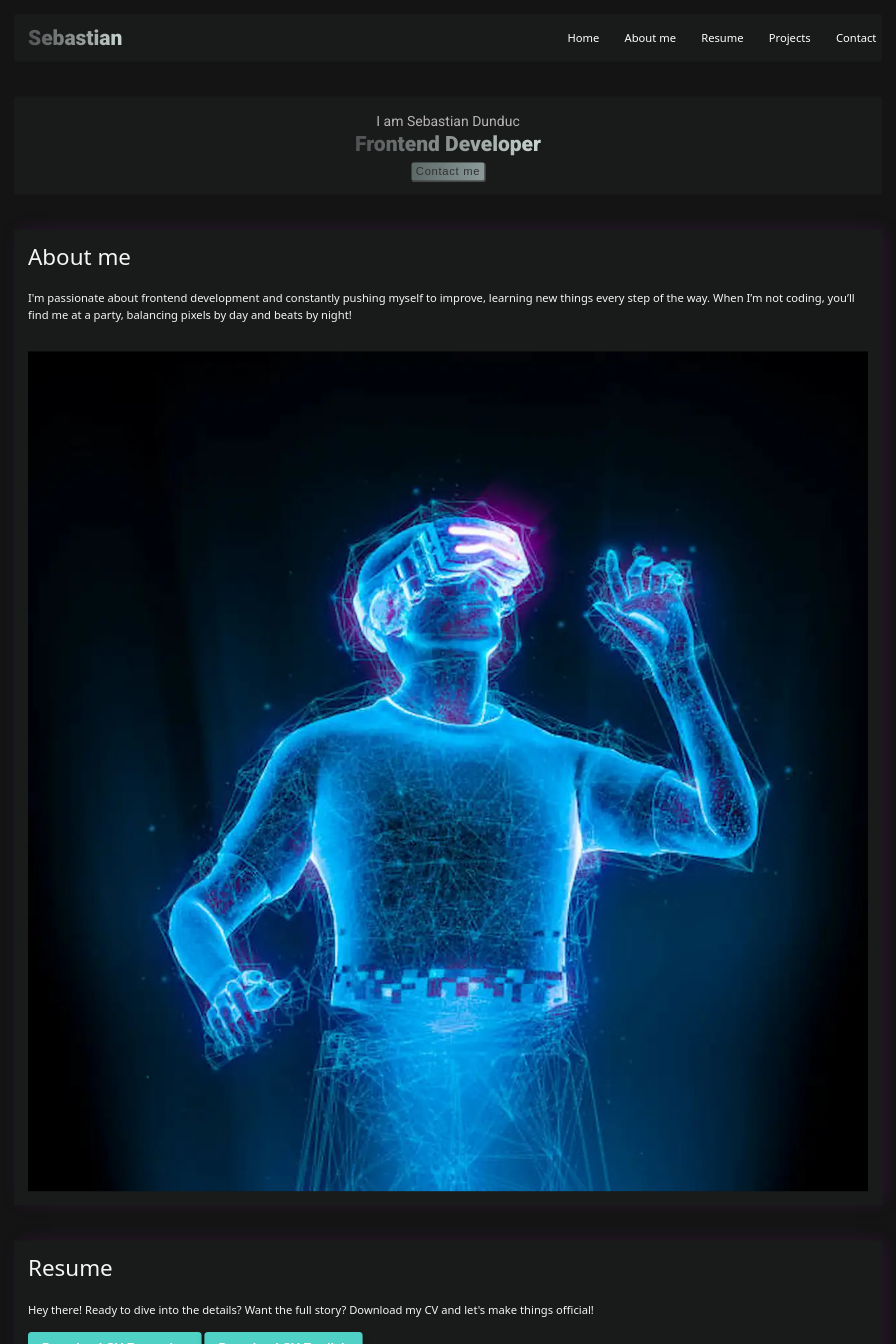
Repository: Sebastiand22/portfolio
Page: index.html
These files come from the project's save history. The page is drawn as it stood at one moment and after the next save; the edit follows.
The browser window is 1280 px wide. The pictures show the part of the page from y = 0 to 1920 px (the page is 3888 px tall), at 70% of full size.

Above is the page before, as saved 2024-09-14 16:16:41.

### index.html
<!DOCTYPE html>
<html lang="en">
  <head>
    <meta charset="UTF-8" />
    <meta name="viewport" content="width=device-width, initial-scale=1.0" />
    <title>Portfolio</title>
    <link rel="preconnect" href="https://fonts.googleapis.com" />
    <link rel="preconnect" href="https://fonts.gstatic.com" crossorigin />
    <link rel="preconnect" href="https://fonts.googleapis.com" />
    <link rel="preconnect" href="https://fonts.gstatic.com" crossorigin />
    <link
      href="https://fonts.googleapis.com/css?family=Roboto:300,400,400i,500,500i,700,900&amp;display=swap"
      rel="stylesheet"
    />
    <link rel="stylesheet" href="index.css" />
    <link
      href="https://cdn.jsdelivr.net/npm/bootstrap@5.3.0-alpha1/dist/css/bootstrap.min.css"
      rel="stylesheet"
    />
    <link rel="stylesheet" href="index.css" />
  </head>
  <body>
    <section class="big-container">
      <div class="nav-bar navbar navbar-expand-lg">
        <h2 class="name">Sebastian</h2>

        <!-- Toggle button -->
        <button
          class="navbar-toggler"
          type="button"
          data-bs-toggle="collapse"
          data-bs-target="#navbarContent"
          aria-controls="navbarContent"
          aria-expanded="false"
          aria-label="Toggle navigation"
        >
          <span class="navbar-toggler-icon"></span>
        </button>

        <!-- Navbar content -->
        <nav class="collapse navbar-collapse" id="navbarContent">
          <ul class="navbar-list navbar-nav ms-auto">
            <li class="nav-item"><a href="#home" class="nav-link">Home</a></li>
            <li class="nav-item">
              <a href="#services" class="nav-link">About me</a>
            </li>
            <li class="nav-item">
              <a href="#resume" class="nav-link">Resume</a>
            </li>
            <li class="nav-item">
              <a href="#project" class="nav-link">Projects</a>
            </li>
            <li class="nav-item">
              <a href="#contact" class="nav-link">Contact</a>
            </li>
          </ul>
        </nav>
      </div>
      <!-- HEADER SECTION -->
      <section class="header-container">
        <div class="header-section">
          <span class="header-name">I am Sebastian Dunduc</span>
          <h2 class="job-position">Frontend Developer</h2>

          <div class="wrap">
            <button class="button">Contact me</button>
          </div>
        </div>
        <picture class="anime">
          <source
            media="(min-width:1280px)"
            srcset="images/me-laptop-1x.webp 1x, images/me-laptop-2x.webp 2x"
          />
          <source
            media="(min-width:768px)"
            srcset="images/me-tablet-1x.webp 1x, images/me-tablet-2x.webp 2x"
          />
          <source
            media="(min-width:320px)"
            srcset="images/me-mobile1x.webp 1x, images/me-mobilee-2x.webp 2x"
          />
          <img class="me-photo" src="images/" alt="bye" />
        </picture>
      </section>

      <section class="about-container">
        <div class="about-section">
          <h2>About me</h2>
          <span class="about-description"
            >I'm passionate about frontend development and constantly pushing
            myself to improve, learning new things every step of the way. When
            I’m not coding, you’ll find me at a party, balancing pixels by day
            and beats by night!</span
          >
          <picture class="pixel-picture">
            <source
              media="(min-width:1280px)"
              srcset="
                images/pixel1x-laptop.webp 1x,
                images/pixel2x-laptop.webp 2x
              "
            />
            <source
              media="(min-width:768px)"
              srcset="
                images/pixel1x-tablet.webp 1x,
                images/pixel2x-tablet.webp 2x
              "
            />
            <source
              media="(min-width:320px)"
              srcset="
                images/pixel1x-mobile.webp 1x,
                images/pixel2x-laptop.webp 2x
              "
            />
            <img class="pixel" src="images/pixel1x-tablet.webp" alt="bye" />
          </picture>
        </div>
      </section>
      <section class="resume-container">
        <div class="resume-section">
          <h2>Resume</h2>
          <span class="resume-description">
            Hey there! Ready to dive into the details? Want the full story?
            Download my CV and let's make things official!</span
          >

          <div class="button-link">
            <a
              href="./files/Sebastian Dunduc Resume Romana.pdf"
              download="CV-Romanian"
              class="download-button"
              >Download CV-Romanian</a
            >
            <a
              href="./files/Sebastian Dunduc-Resume English.pdf"
              download="CV-English"
              class="download-button"
              >Download CV-English</a
            >
          </div>

          <picture class="lock-picture">
            <source
              media="(min-width:1280px)"
              srcset="
                images/lock-laptop1x.webp 1x,
                images/lock-laptop2x.webp 2x
              "
            />
            <source
              media="(min-width:768px)"
              srcset="
                images/lock-tablet1x.webp 1x,
                images/lock-tablet2x.webp 2x
              "
            />
            <source
              media="(min-width:320px)"
              srcset="
                images/lock-mobile1x.webp 1x,
                images/lock-mobile2x.webp 2x
              "
            />
            <img class="pixel" src="images/lock-tablet1x.webp" alt="bye" />
          </picture>
        </div>
      </section>

      <section class="project-container">
        <div class="background-project">
          <div class="project-section">
            <h2>Projects</h2>
            <span class="project-description"
              >Check out my projects! Click the icons to see live demos on
              GitHub. Explore and enjoy!</span
            >
          </div>
        </div>
      </section>

      <section class="contact-container">
        <div class="contact-section">
          <h2>Contact</h2>

          <span class="contact-description">to be friends</span>
          <span class="contact-description">to be mates</span>
          <span class="contact-description">to be collaborators</span>
        </div>
      </section>
    </section>
    <script src="https://cdn.jsdelivr.net/npm/bootstrap@5.3.0-alpha1/dist/js/bootstrap.bundle.min.js"></script>
  </body>
</html>

### index.css
:root {
  --font-title: "Playfair Display SC", serif;
  --size-title: 30px;
  --font-text: "Roboto Serif", serif;
}

body {
  margin: 0;
  padding: 0;
  box-sizing: border-box;
}

li {
  list-style-type: none;
}

.big-container {
  display: flex;
  flex-direction: column;
  background-color: rgb(20, 20, 20);
  min-height: 100vh;
  padding: 20px;
  max-width: 100%;
  overflow: hidden;
  gap: 50px;
}

h2.name {
  font-family: "Roboto", sans-serif;
  font-style: normal;
  font-size: 30px;
  font-weight: 900;
  text-align: center;
  background: radial-gradient(
    circle farthest-side at left center,
    #4e4f51 0%,
    #c9d6d0 100%
  );
  -webkit-background-clip: text;
  -webkit-text-fill-color: transparent;
}
.name {
  margin-left: 20px;
  margin-top: 8px;
}

.navbar-toggler {
  border-radius: 3px;
  background-color:transparent;
  border: none;
}
.navbar-toggler-icon {
 background-color: ;
  width:25px;
  height: 25px;


}
.nav-bar {
  display: flex;
  width: 100%;
  overflow: hidden;
  background-color: #191a1a;
  border-radius: 4px;
}

.navbar-list li {
  display: inline;
  margin-left: 20px;
}

.nav-link {
  color: white;
}

/* HEADER SECTION  */
.header-container {
  background-color: #191a1a;
  height: auto;
  overflow: hidden;
  padding: 20px;
  border-radius: 4px;
}

.header-section {
  display: flex;
  flex-direction: column;
  align-items: center;
}
.header-name {
  font-family: "Roboto", sans-serif;
  font-size: 20px;
  color: rgb(184, 180, 180);
  text-align: center;
}

.job-position {
  font-family: "Roboto", sans-serif;
  font-style: normal;
  font-size: 30px;
  font-weight: 900;
  text-align: center;
  background: radial-gradient(
    circle farthest-side at left center,
    #4e4f51 0%,
    #c9d6d0 100%
  );
  -webkit-background-clip: text;
  -webkit-text-fill-color: transparent;
}

.anime {
  display: block;
  width: 100%;
  height: auto; /* Asigură păstrarea proporțiilor */
  max-width: 100%;

  /* Asigură că imaginea nu depășește lățimea containerului */
}
.anime img {
  margin-top: 20px;
  max-width: 100%;
  height: auto;
  display: none;

  /* Asigură păstrarea proporțiilor */
}

.wrap {
  height: auto;
  display: flex;
  align-items: center;
  justify-content: center;
}

.button {
  min-width: 50px;
  display: inline-flex;
  font-family: "Nunito", sans-serif;
  font-size: 1rem;
  align-items: center;
  justify-content: center;
  text-align: center;
  letter-spacing: 1px;
  font-weight: 400;
  color: #313133;
  background: linear-gradient(
    90deg,
    rgb(92, 105, 103) 0%,
    rgb(139, 154, 153) 100%
  );
  border: none;
  border-radius: 3px;
  box-shadow: 1px 1px 1px 1px rgba(225, 221, 226, 0.26);
  cursor: pointer;
  outline: none;
  position: relative;
  transition: all 0.3s ease-in-out;
}
.button:hover {
  background: linear-gradient(
    90deg,
    rgb(227, 247, 245) 0%,
    rgb(17, 18, 18) 100%
  );
  color: #000; /* Text negru */
  box-shadow: 12px 12px 24px rgba(1, 1, 1, 0.84);
  transform: scale(1.05); /* Mică mărire la hover */
}

.button:active {
  background: linear-gradient(
    90deg,
    rgb(236, 246, 245) 0%,
    rgb(154, 161, 161) 100%
  );
  box-shadow: 6px 6px 12px rgba(1, 1, 1, 0.54);
  transform: scale(0.95); /* Mică micșorare la click */
}

/* ABOUT ME SECTION */

.about-container {
  display: flex;
  justify-content: flex-start;
  background-color: #191a1a;
  height: auto;
  overflow: hidden;
  padding: 20px;
  box-shadow: 6px -2px 25px -6px rgba(136, 24, 161, 0.26);
}

.about-section {
  display: flex;
  flex-direction: column;
  gap: 20px;
  overflow: hidden;
}
.pixel-picture {
  display: block;
  width: 100%;
  height: auto; /* Asigură păstrarea proporțiilor */
  max-width: 100%;
}

/* Asigură că imaginea nu depășește lățimea containeului */

.pixel-picture img {
  margin-top: 20px;
  max-width: 100%;
  height: auto;
}

.about-description {
  color: whitesmoke;
}
h2 {
  color: whitesmoke;
}

/* RESUME SECTION */

.download-button {
  display: inline-block;
  padding: 10px 20px;
  background-color: #4fd1c5;
  color: white;
  text-decoration: none;
  border-radius: 5px;
  font-family: "Arial", sans-serif;
  font-size: 18px;
  font-weight: bold;
  text-align: center;
  box-shadow: 0 5px 10px rgba(0, 0, 0, 0.2);
  transition: background-color 0.3s ease;
}

.download-button:hover {
  background-color: #38b2ac;
}

.resume-container {
  display: flex;
  justify-content: flex-start;
  background-color: #191a1a;
  height: auto;
  overflow: hidden;
  padding: 20px;
  box-shadow: 6px -2px 25px -6px rgba(136, 24, 161, 0.26);
}

.resume-section {
  display: flex;
  flex-direction: column;
  gap: 20px;
  overflow: hidden;
}
.lock-picture {
  display: block;
  width: 100%;
  height: auto; /* Asigură păstrarea proporțiilor */
  max-width: 100%;
}

/* Asigură că imaginea nu depășește lățimea containeului */

.lock-picture img {
  margin-top: 20px;
  max-width: 100%;
  height: auto;
}
.resume-description {
  color: whitesmoke;
}

/* PROJECT SECTION */

.project-container {
  display: flex;
  justify-content: flex-start;
  background-color: #191a1a;
  height: auto;
  overflow: hidden;
  padding: 20px;
  box-shadow: inset;
  box-shadow: 6px -2px 25px -6px rgba(136, 24, 161, 0.26);
}

.project-section {
  display: flex;
  flex-direction: column;
  gap: 20px;
  overflow: hidden;
}

.background-project {
  background-image: url("./images/wall.jpg");
  background-size: cover; /* Asigură că imaginea acoperă întregul div */
  background-position: center; /* Centrează imaginea în div */
  background-repeat: no-repeat; /* Evită repetarea imaginii */
  width: 100%; /* Lățimea div-ului */
  min-height: 300px;
}

.project-description {
  color: azure;
}

/* CONTACT SECTION */

.contact-container {
  box-shadow: 6px -2px 25px -6px rgba(136, 24, 161, 0.26);

  display: flex;
  justify-content: flex-start;
  background-color: #191a1a;
  height: auto;
  overflow: hidden;
  padding: 20px;
}

.contact-section {
  display: flex;
  flex-direction: column;
  gap: 20px;
  overflow: hidden;
}

.contact-description {
  color: white;
}

After the next save:
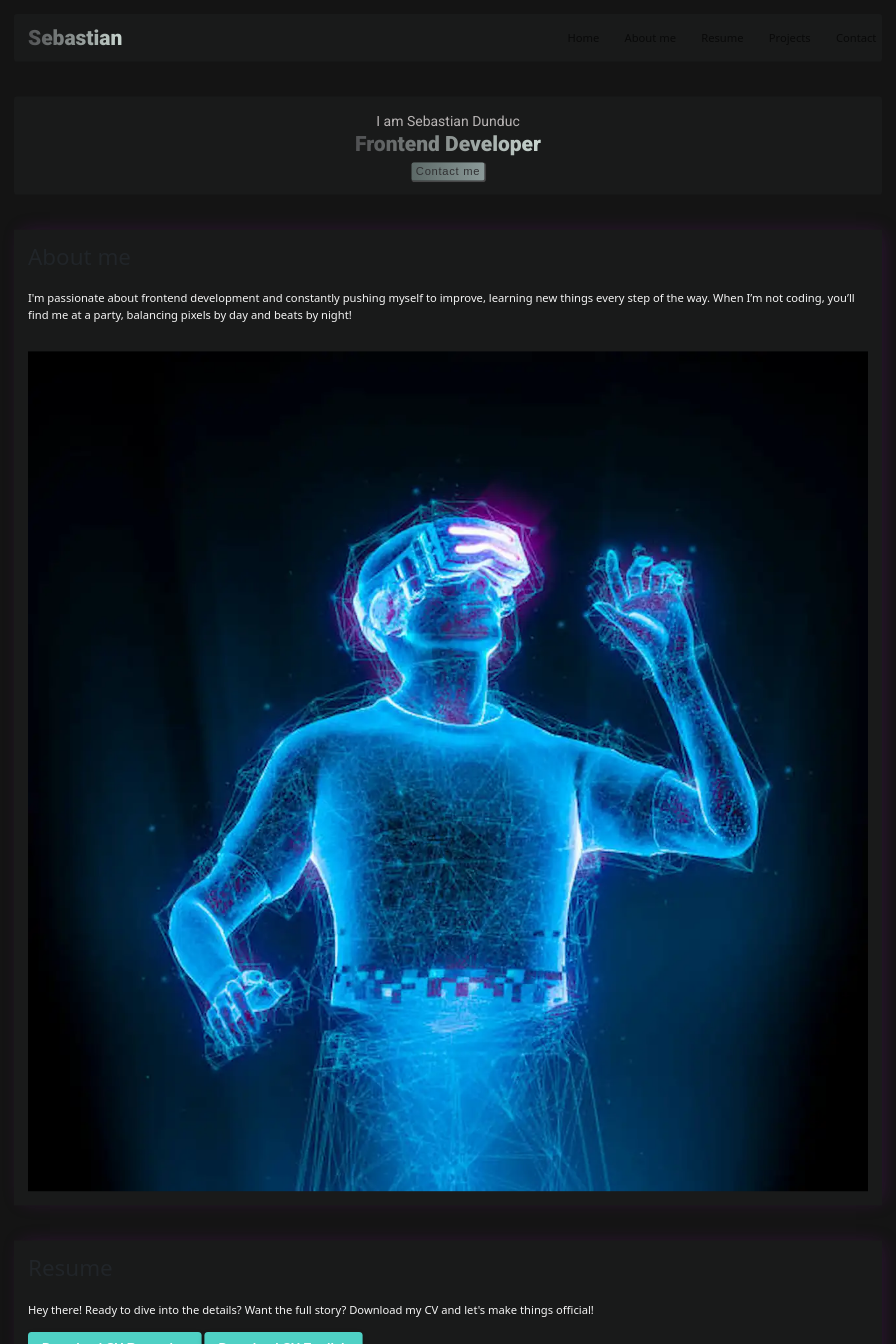
Saved 15 s later.
--- a/index.html
+++ b/index.html
@@ -17,7 +17,6 @@
       href="https://cdn.jsdelivr.net/npm/bootstrap@5.3.0-alpha1/dist/css/bootstrap.min.css"
       rel="stylesheet"
     />
-    <link rel="stylesheet" href="index.css" />
   </head>
   <body>
     <section class="big-container">

After the 2 saves that followed:
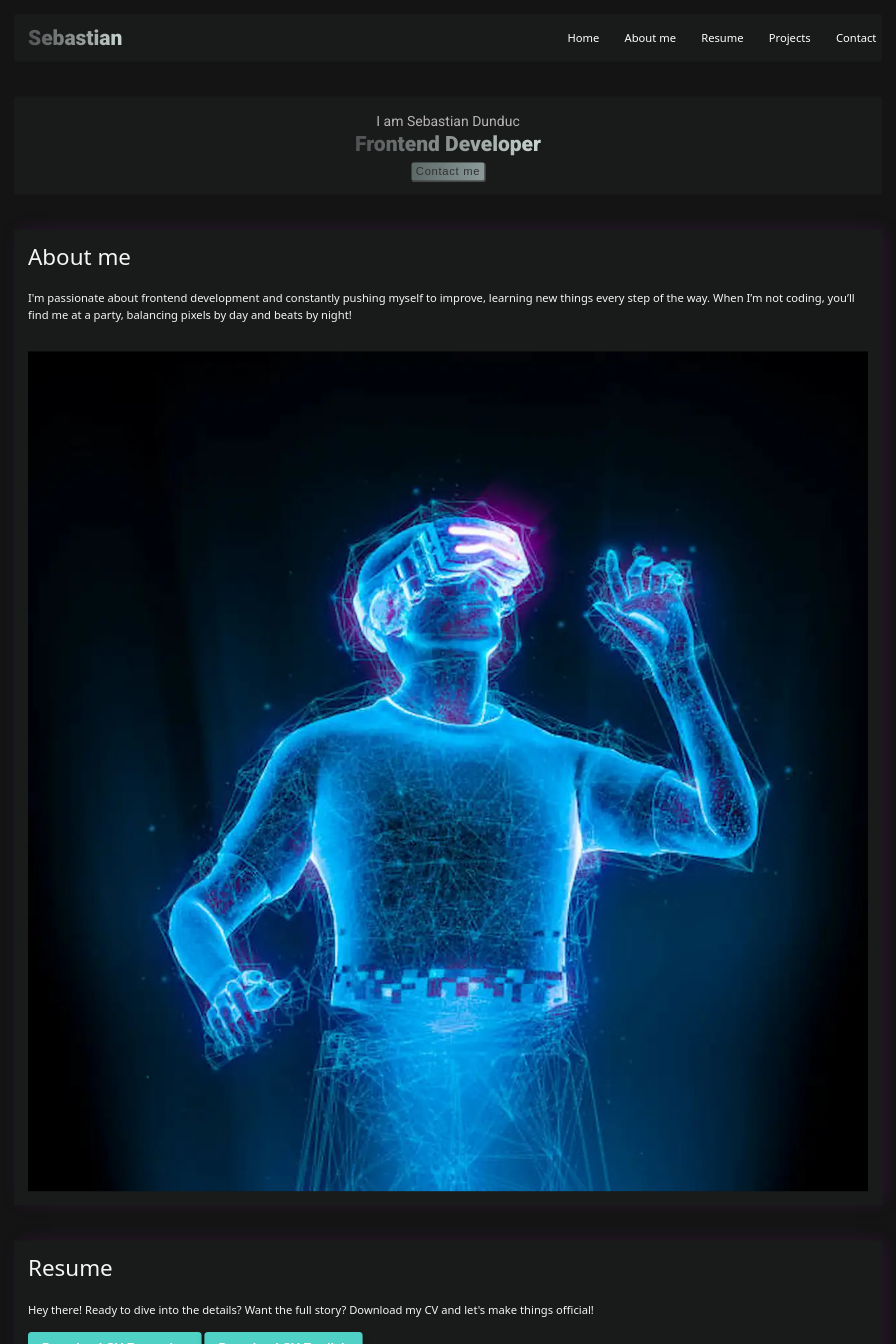
The 2 saves are shown as one change because they came seconds apart.
The last was saved 27 s later.
--- a/index.html
+++ b/index.html
@@ -12,11 +12,11 @@
       href="https://fonts.googleapis.com/css?family=Roboto:300,400,400i,500,500i,700,900&amp;display=swap"
       rel="stylesheet"
     />
-    <link rel="stylesheet" href="index.css" />
     <link
       href="https://cdn.jsdelivr.net/npm/bootstrap@5.3.0-alpha1/dist/css/bootstrap.min.css"
       rel="stylesheet"
     />
+    <link rel="stylesheet" href="index.css" />
   </head>
   <body>
     <section class="big-container">
